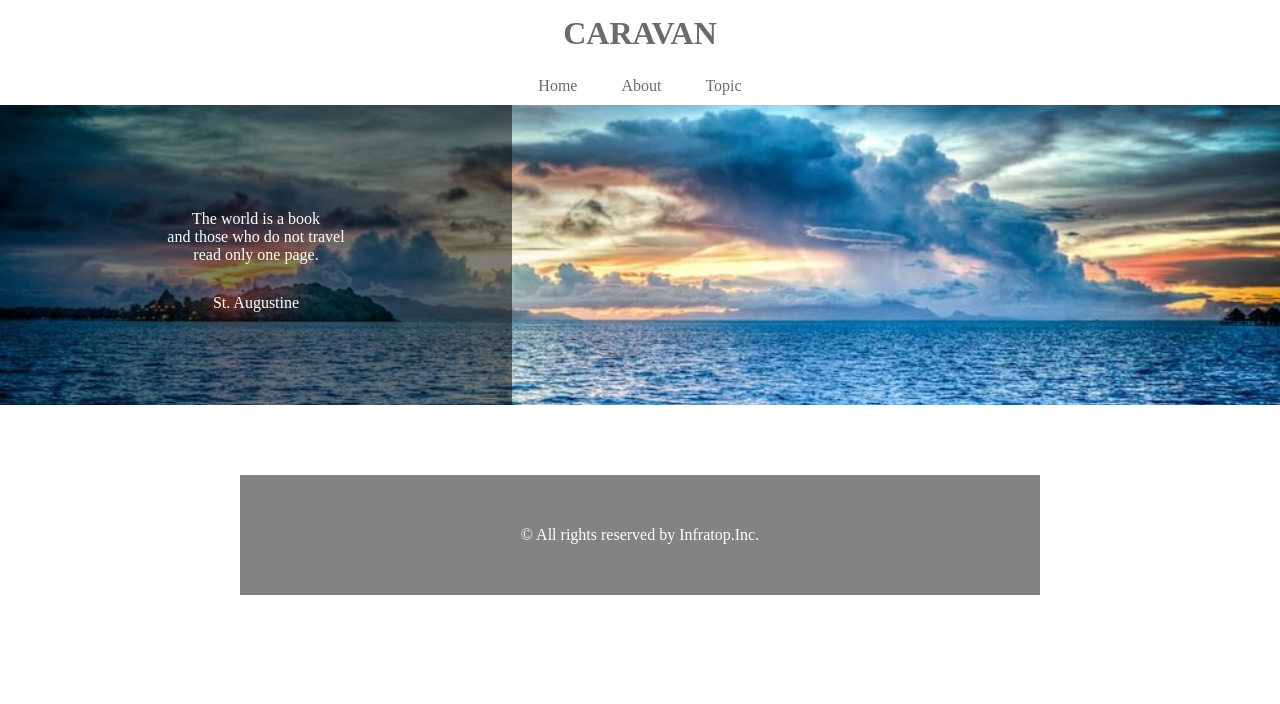
Repository: menyuu/test-html-CSS-practice
Page: caravan/index.html
The author's editor kept a record of every edit. The page is drawn from the files as they stood at one moment, then again after the next edit.
The browser window is 1280 px wide. The pictures show the whole page.

Above is the page before.

### caravan/index.html
<!DOCTYPE html>
<html lang="ja">
<head>
  <meta charset="UTF-8">
  <link rel="stylesheet" href="style.css" />
  <title>CARAVAN</title>
</head>
<body>
  <header>
    <h1 class="heading">
      <a href="index.html">
      CARAVAN
      </a>
    </h1>
  </header>

  <nav>
    <ul class="nav-list">
      <li class="nav-list-item">
        <a href="index.html">Home</a>
      </li>
      <li class="nav-list-item">
        <a href="#">About</a>
      </li>
      <li class="nav-list-item">
        <a href="#">Topic</a>
      </li>
    </ul>
  </nav>

  <div class="main-visual">
    <div class="main-visual-content">
      <p class="main-visual-text">
        The world is a book<br>
        and those who do not travel<br>
        read only one page.
      </p>
      <p class="main-visual-name">
        St. Augustine
      </p>
    </div>
  </div>

  <main>
    <div class="blog"></div>
    <div class="sidebar"></div>
  </div>

  <footer>
    <p class="footer-text">© All rights reserved by Infratop.Inc.</p>
  </footer>
</body>
</html>

### caravan/style.css
* {
 margin: 0;
 padding: 0;
 box-sizing: border-box;
 color: #6c6b6b;
}

a {
 text-decoration: none;
}

header {
width: 90%;
padding: 15px 0;
margin: 0 auto;
text-align: center;
}

header .heading {
 font-size: 32px;
}

.nav-list {
 text-align: center;
 padding: 10px 0;
 margin: 0 auto;
}

.nav-list-item {
 list-style: none;
 display: inline-block;
 margin: 0 20px;
}

.main-visual {
 width: 100%;
 height: 300px;
 background-image: url(img/mv.jpg);
 background-size: cover;
 background-position: center;
}

.main-visual-content {
  width: 40%;
  height: 300px;
  background-color: rgba(0, 0, 0, 0.5);
  text-align: center;
  padding-top: 105px;
}

.main-visual-text {
 color: #fff;
}

.main-visual-name {
 margin-top: 30px;
 color: #fff;
}

main {
 width: 800px;
 display: flex;
 justify-content: center;
 margin: 0 auto;
 padding: 70px 0;
}

.blog {

}

.sidebar {

}




footer {
 width: 100%;
 height: 120px;
 text-align: center;
 line-height: 120px;
 background-color: #848282;
}

.footer-text {
 color: #fff;
}

After the next edit:
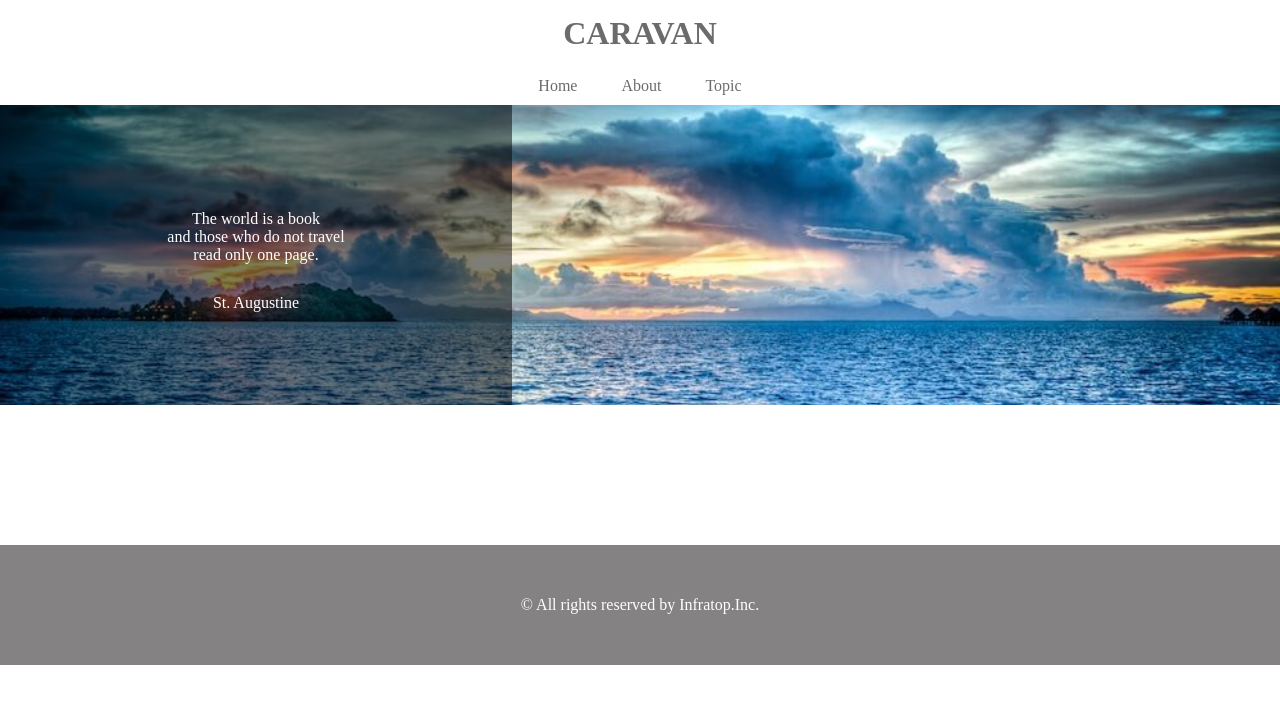
The edit:
--- a/caravan/index.html
+++ b/caravan/index.html
@@ -44,7 +44,7 @@
   <main>
     <div class="blog"></div>
     <div class="sidebar"></div>
-  </div>
+  </main>
 
   <footer>
     <p class="footer-text">© All rights reserved by Infratop.Inc.</p>
